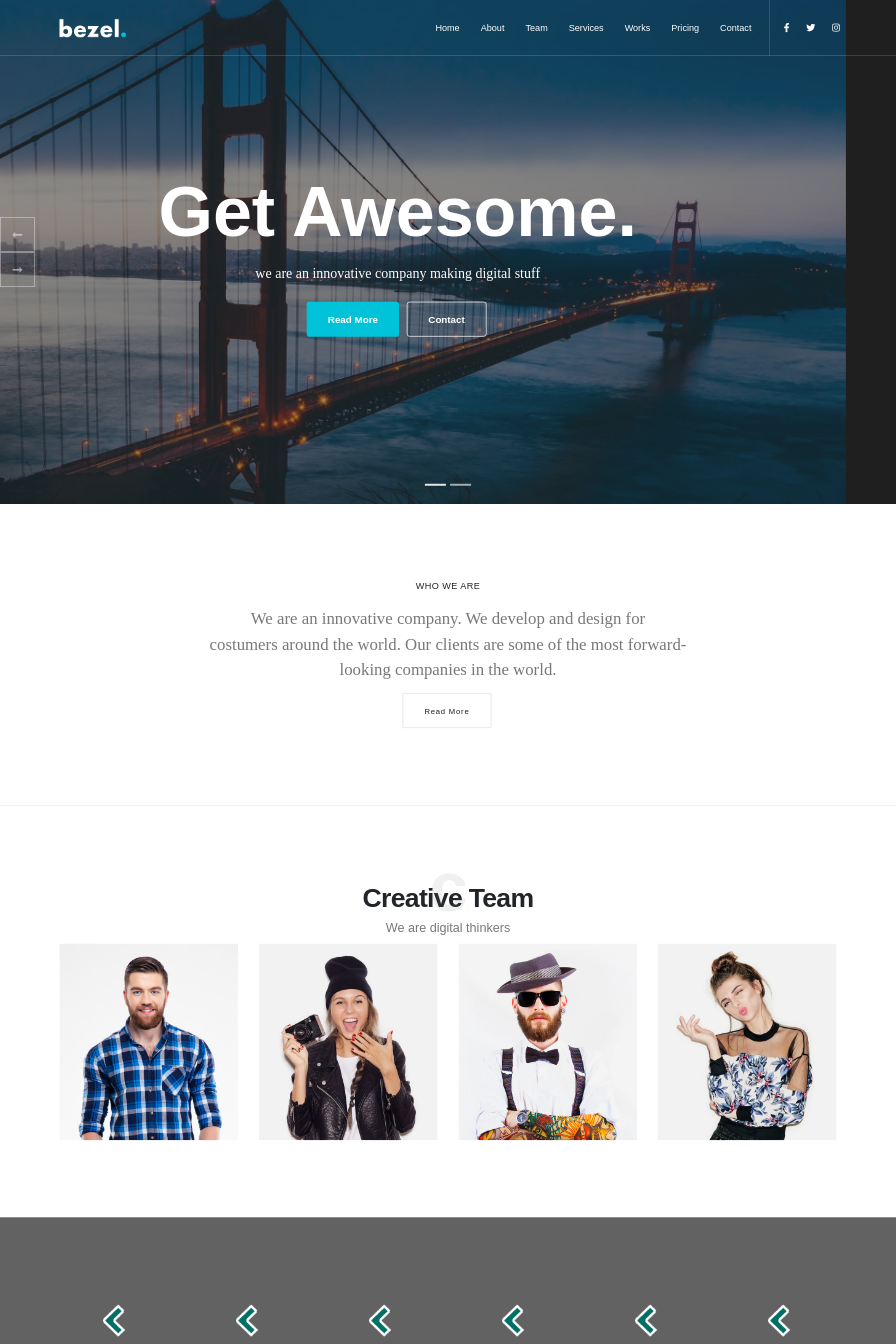
Repository: HodaHesham/BIZOL
Page: index.html
These files come from the project's save history. The page is drawn as it stood at one moment and after the next save; the edit follows.
The browser window is 1280 px wide. The pictures show the part of the page from y = 0 to 1920 px (the page is 4765 px tall), at 70% of full size.

Above is the page before, as saved 2020-11-14 12:13:30.

After the next save:
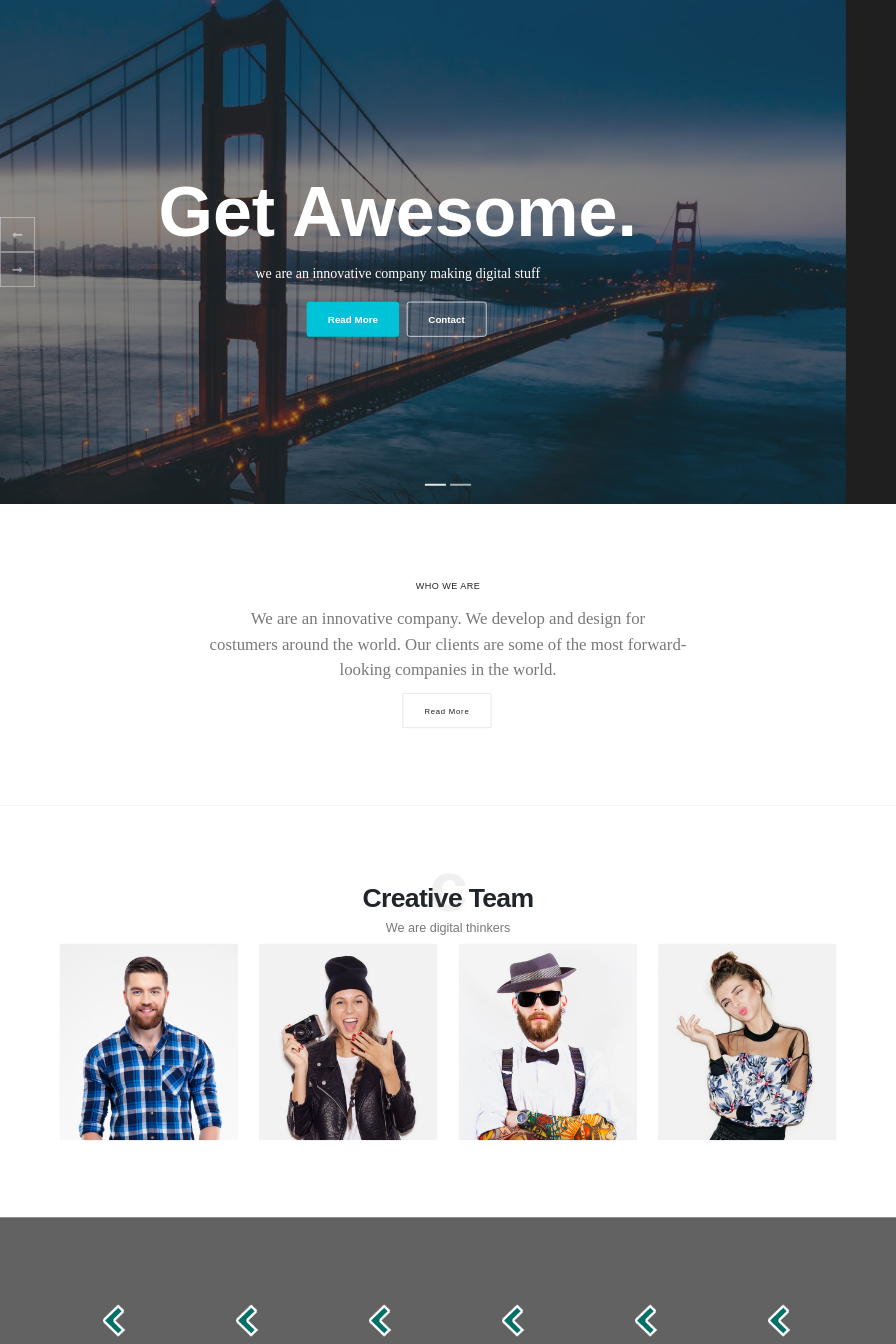
Saved 30 s later.
--- a/index.html
+++ b/index.html
@@ -15,60 +15,7 @@
 <body>
 
 
-    <nav id="navbar">
-        <div class="navbar-wrapper">
-            <div class="container">
-                <div class="logo">
-                    <a href="index.html">
-            <img class="logo-light" src="images/logo-light.png" alt="">
-          </a>
-                </div>
-                <div class="menu-extras">
-                    <div class="menu-item">
-                        <div class="header-socials">
-                            <ul>
-                                <li><a href="#"><i class="fab fa-facebook-f"></i></a>
-                                </li>
-                                <li><a href="#"><i class="fab fa-twitter"></i></a>
-                                </li>
-                                <li><a href="#"><i class="fab fa-instagram"></i></a>
-                                </li>
-                            </ul>
-                        </div>
-                    </div>
-                    <div class="menu-item">
-                        <div class="nav-toggle">
-                            <a class="menu-toggle" href="#">
-                                <div class="hamburger">
-                                    <div class="hamburger-box">
-                                        <div class="hamburger-inner"></div>
-                                    </div>
-                                </div>
-                            </a>
-                        </div>
-                    </div>
-                </div>
-                <div id="navigation">
-                    <ul class="navigation-menu nav">
-                        <li><a href="#home" data-scroll="true">Home</a>
-                        </li>
-                        <li><a href="#about" data-scroll="true">About</a>
-                        </li>
-                        <li><a href="#team" data-scroll="true">Team</a>
-                        </li>
-                        <li><a href="#services" data-scroll="true">Services</a>
-                        </li>
-                        <li><a href="#works" data-scroll="true">Works</a>
-                        </li>
-                        <li><a href="#pricing" data-scroll="true">Pricing</a>
-                        </li>
-                        <li><a href="#contact" data-scroll="true">Contact</a>
-                        </li>
-                    </ul>
-                </div>
-            </div>
-        </div>
-    </nav>
+
 
 
     <!-- ////////////////////// header ///////////////////// -->
